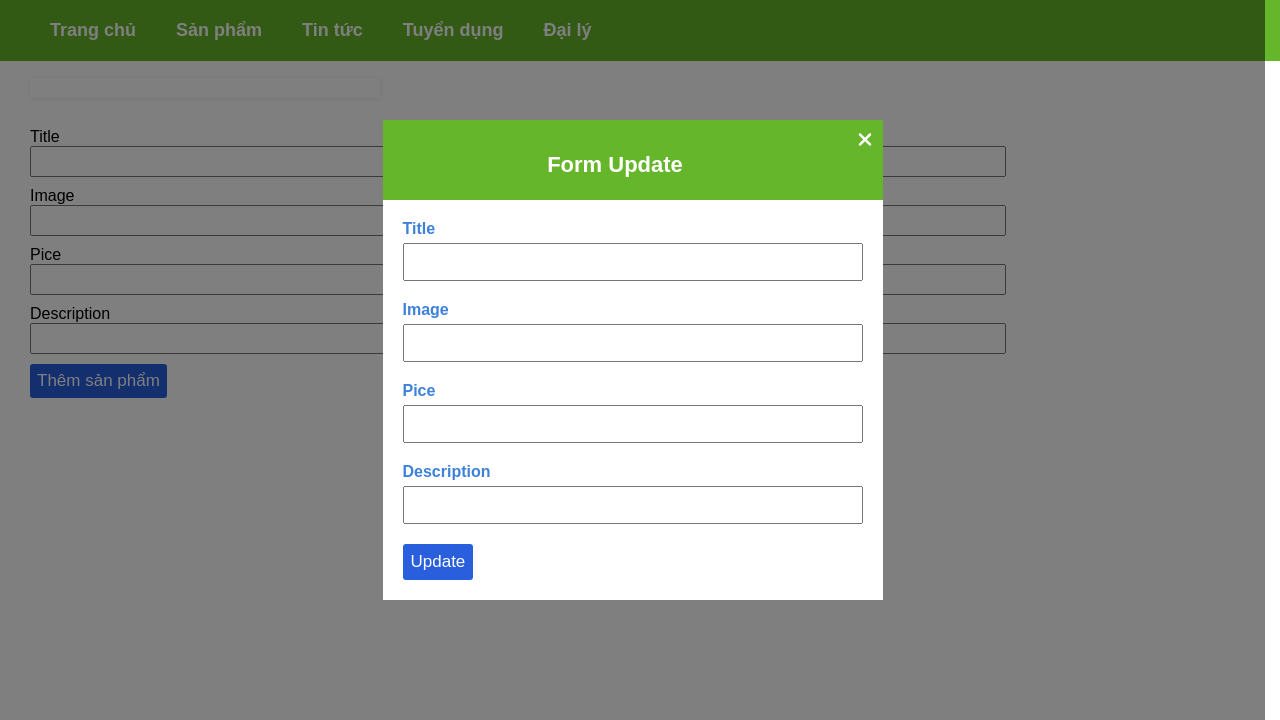
Repository: Ngoc28/CURD_HTML-CSS_JS_JSON
Page: index.html
The author's editor kept a copy of each file at every save. The page is drawn from the files as they stood at one save, then again after the next save.
The browser window is 1280 px wide. The pictures show the whole page.
The page's requests for data from a server got no answer.

Above is the page before, as saved 2023-04-11 10:05:16.

After the next save:
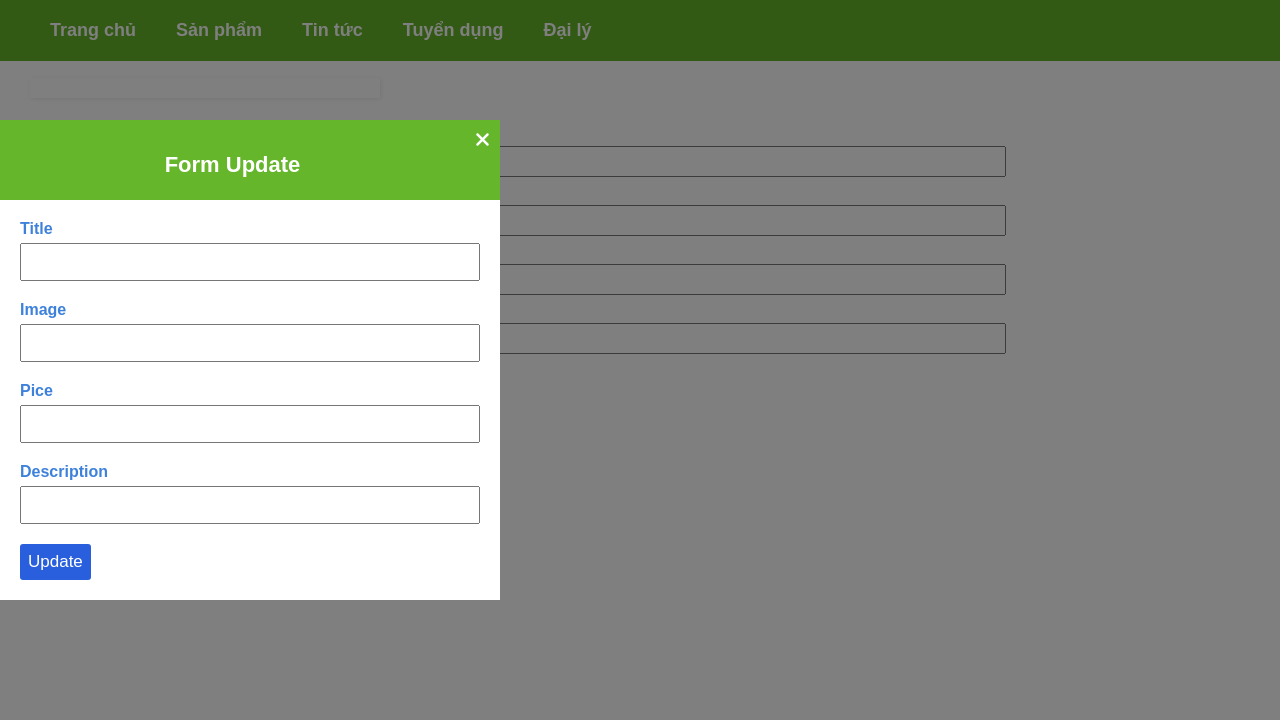
Saved 95 s later.
--- a/asset/css/style.css
+++ b/asset/css/style.css
@@ -181,8 +181,6 @@ body {
     background-color: rgba(0, 0, 0, 0.5);
     display: flex;
     align-items: center;
-    justify-content: center;
-    max-width: calc(100% - 15px);
 }
 
 .modal {
